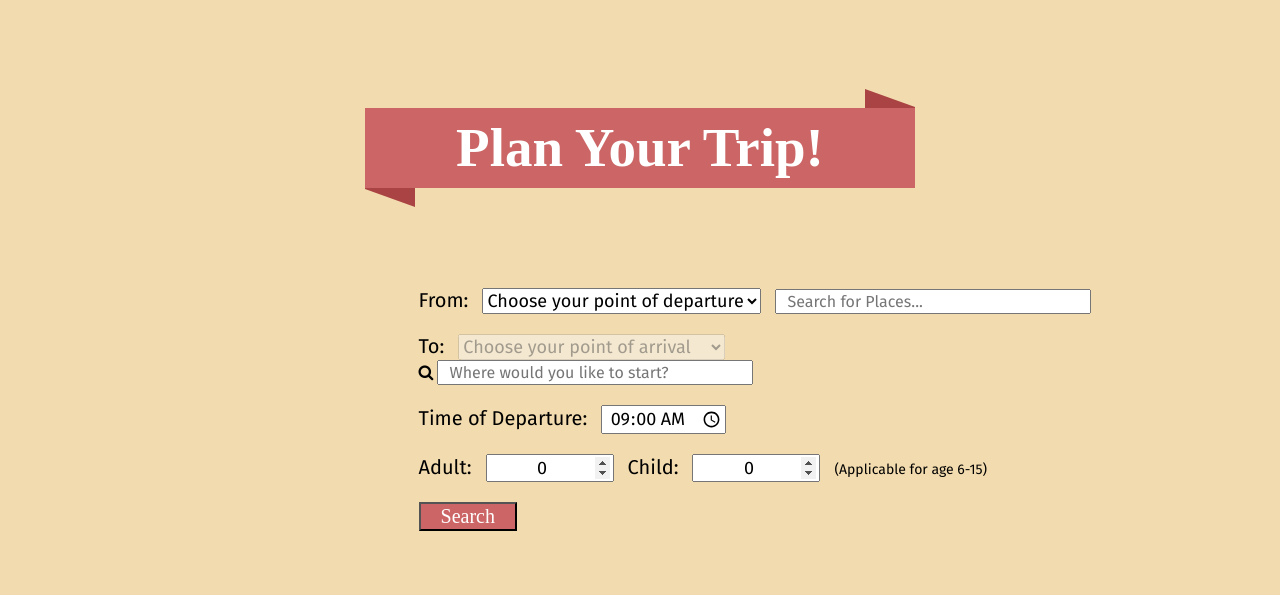
Repository: bbh0607/bae_dNation
Page: public/index.html
An editor plug-in stored every save of this project. The page is shown before and after the next save, followed by the edit.
The browser window is 1280 px wide. The pictures show the whole page.
Some web fonts or font styles are not loaded; a fallback is used.

Above is the page before, as saved 2020-02-01 15:40:03.

After the next save:
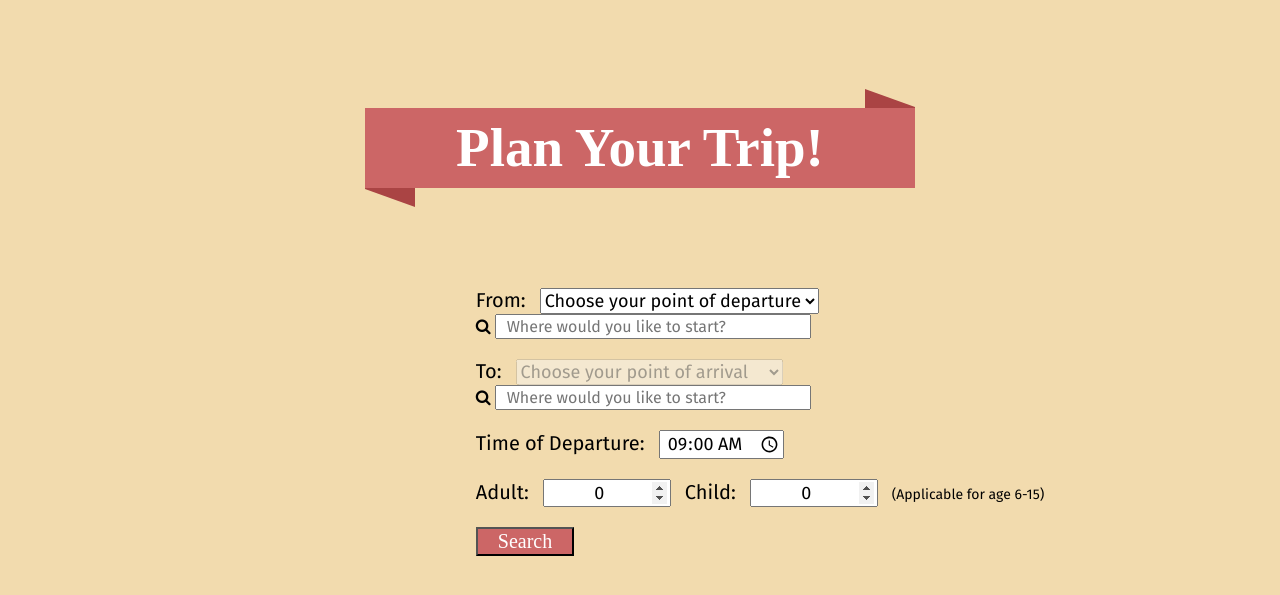
Saved 15 s later.
--- a/public/index.html
+++ b/public/index.html
@@ -21,8 +21,10 @@
             <option value="SENTRAL">KL Sentral</option>
             <option value="OTHER">Other..</option>
           </select>
-          <input type="text" name="search" placeholder="Search for Places...">
-        </li>
+          <div>
+            <i class="fa fa-search icon"></i>
+            <input type="text" name="search" placeholder="Where would you like to start?">
+          </div>        </li>
         <li>
           <label for="to">To:</label>
           <select id="toSelect" name="to" onchange="removeDuplicate(this)" disabled required>
